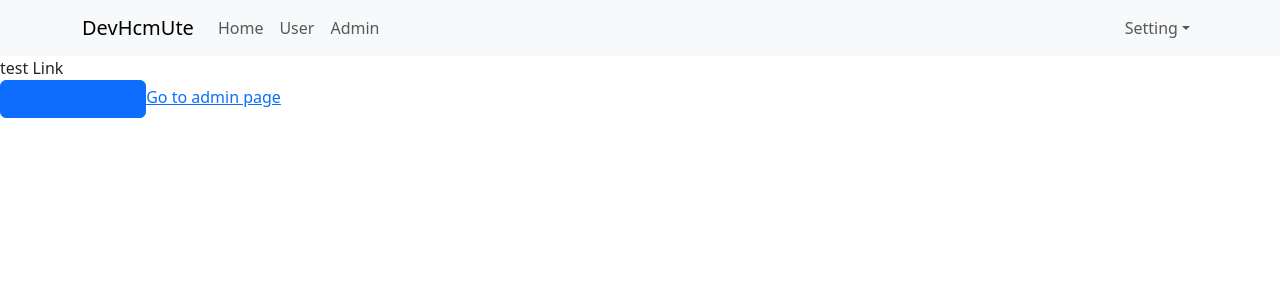
Repository: nnbxxx/React-Untimate
Page: /
These files come from the project's save history. The page is drawn as it stood at one moment and after the next save; the edit follows.
The browser window is 1280 px wide. The pictures show the whole page.
The project was rebuilt for these pictures with package versions that can differ from the ones it lists, and the page was loaded fresh each time.

Above is the page before, as saved 2023-04-11 16:22:25.

### src/index.js
import React from "react";
import ReactDOM from "react-dom/client";
import App from "./App";
import reportWebVitals from "./reportWebVitals";
import { Provider } from "react-redux";
import store from "./redux/store";
import "bootstrap/dist/css/bootstrap.min.css";
import {
  createBrowserRouter,
  RouterProvider,
  BrowserRouter,
} from "react-router-dom";
const root = ReactDOM.createRoot(document.getElementById("root"));
root.render(
  <Provider store={store}>
    {/* <React.StrictMode> */}
    <BrowserRouter>
      <App />
    </BrowserRouter>

    {/* </React.StrictMode> */}
  </Provider>
);

// If you want to start measuring performance in your app, pass a function
// to log results (for example: reportWebVitals(console.log))
// or send to an analytics endpoint. Learn more: https://bit.ly/CRA-vitals
reportWebVitals();

### src/App.js
import { Button } from "react-bootstrap";
import "./App.scss";
import Header from "./components/Header/Header";
import { Link } from "react-router-dom";

const App = () => {
  return (
    <div className='app-container'>
      <Header />
      <div>
        test Link
        <div>
          <Button>
            <Link to='./users'>Go to user page</Link>
          </Button>
          <Link to='./admins'>Go to admin page</Link>
        </div>
      </div>
    </div>
  );
};

export default App;

### src/App.scss
body {
  padding: 0;
  margin: 0;
  font-family: -apple-system, BlinkMacSystemFont, "Segoe UI", "Roboto", "Oxygen",
    "Ubuntu", "Cantarell", "Fira Sans", "Droid Sans", "Helvetica Neue",
    sans-serif;
  -webkit-font-smoothing: antialiased;
  -moz-osx-font-smoothing: grayscale;
}

### src/components/Header/Header.js
import Container from "react-bootstrap/Container";
import Nav from "react-bootstrap/Nav";
import Navbar from "react-bootstrap/Navbar";
import NavDropdown from "react-bootstrap/NavDropdown";

const Header = () => {
  return (
    <Navbar bg='light' expand='lg'>
      <Container>
        <Navbar.Brand href='#home'>DevHcmUte</Navbar.Brand>
        <Navbar.Toggle aria-controls='basic-navbar-nav' />
        <Navbar.Collapse id='basic-navbar-nav'>
          <Nav className='me-auto'>
            <Nav.Link href='#home'>Home</Nav.Link>
            <Nav.Link href='#link'>User</Nav.Link>
            <Nav.Link href='#link'>Admin</Nav.Link>
          </Nav>
          <Nav>
            <NavDropdown title='Setting' id='basic-nav-dropdown'>
              <NavDropdown.Item href='#action/3.1'>Log in</NavDropdown.Item>
              <NavDropdown.Item href='#action/3.2'>Log out</NavDropdown.Item>
              <NavDropdown.Item href='#action/3.3'>Profile</NavDropdown.Item>
              <NavDropdown.Divider />
              <NavDropdown.Item href='#action/3.4'>
                Separated link
              </NavDropdown.Item>
            </NavDropdown>
          </Nav>
        </Navbar.Collapse>
      </Container>
    </Navbar>
  );
};

export default Header;

Loaded but not shown: public/index.html (common file); src/reportWebVitals.js (common file); src/redux/store.js (common file); src/redux/reducer/rootReducer.js (common file); src/redux/reducer/counterReducer.js (common file); src/redux/action/counterAction.js (common file)

After the next save:
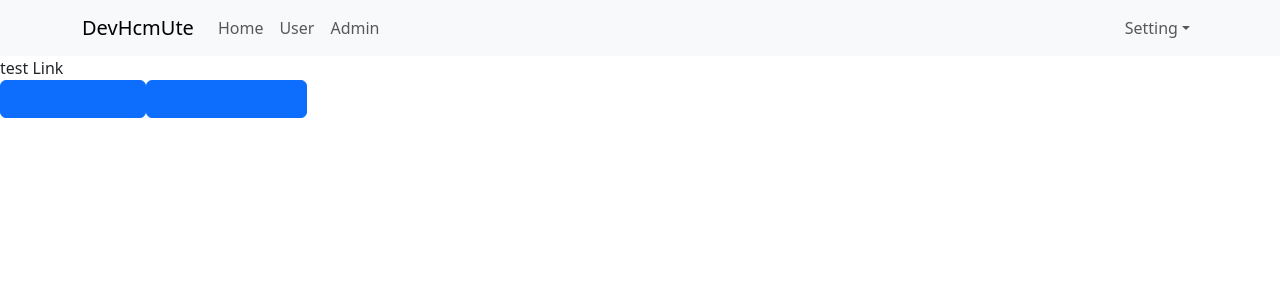
Saved 13 s later.
--- a/src/App.js
+++ b/src/App.js
@@ -13,7 +13,9 @@ const App = () => {
           <Button>
             <Link to='./users'>Go to user page</Link>
           </Button>
-          <Link to='./admins'>Go to admin page</Link>
+          <Button>
+            <Link to='./admins'>Go to admin page</Link>
+          </Button>
         </div>
       </div>
     </div>
